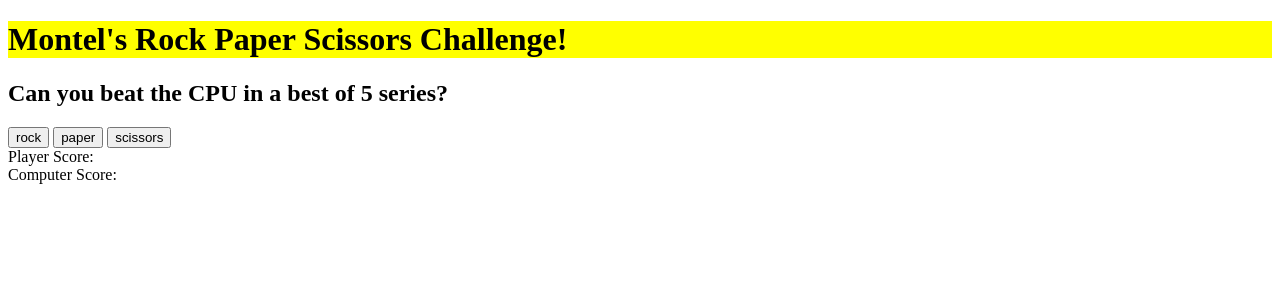
Repository: mnhardy1504/odin-recipes1
Page: repos/member-montel-rockpaperscissors/index.html
An editor plug-in stored every save of this project. The page is shown before and after the next save, followed by the edit.
The browser window is 1280 px wide. The pictures show the whole page.

Above is the page before, as saved 2023-11-02 23:05:58.

### repos/member-montel-rockpaperscissors/index.html
<!DOCTYPE html>
<html>
<head>
  <meta charset="UTF-8">
  <title>Page Title</title>
  <script src="index.js"></script>
</head>
<body>
  <h1 id="headerone">Montel's Rock Paper Scissors Challenge!</h1>
  <h2> Can you beat the CPU in a best of 5 series? </h2>
<button onclick="playRound('rock', getComputerChoice())">rock</button>
<button onclick="playRound('paper', getComputerChoice())">paper</button>
<button onclick="playRound('scissors', getComputerChoice())">scissors</button>
 <div id="reply"></div>
 <div id="logs"></div>
 <div id="result"></div>
 <div id="playerscore">Player Score: </div>
 <div id="computerscore">Computer Score: </div>
</body>
</html>

### repos/member-montel-rockpaperscissors/index.js
document.addEventListener('DOMContentLoaded', function() {
  var header = document.getElementById('headerone');
  if (header) {
      header.style.backgroundColor = 'yellow';
  }
});

function getComputerChoice() {
  const choices = ['rock', 'paper', 'scissors'];
  const randomIndex = Math.floor(Math.random() * choices.length);
  return choices[randomIndex];
}

let playerScore = 0;
let computerScore = 0;

function playRound(playerSelection, computerSelection) {
  playerSelection = playerSelection.toLowerCase();
  const outputElement = document.getElementById('reply');
  let reply = "";

  if (playerSelection === 'rock' && computerSelection === 'scissors') {
      reply = 'You Win! Rock beats Scissors';
      playerScore++;
  } else if (playerSelection === 'paper' && computerSelection === 'rock') {
      reply = 'You Win! Paper beats Rock';
      playerScore++;
  } else if (playerSelection === 'scissors' && computerSelection === 'paper') {
      reply = 'You Win! Scissors beats Paper';
      playerScore++;
  } else if (playerSelection === computerSelection) {
      reply = "It's a tie!";
  } else {
      reply = `You Lose! ${computerSelection} beats ${playerSelection}`;
      computerScore++;
  }

  outputElement.textContent = reply;
  log(reply);

  // Update the running score
  updatePlayerScore(playerScore);
  updateComputerScore(computerScore);

  // Check for a winner after each round
  if (playerScore === 5) {
      updateMessage('Congratulations! You won the game!');
      playerScore = 0;
      computerScore = 0;
  } else if (computerScore === 5) {
      updateMessage('Sorry, you lose the game.');
      playerScore = 0;
      computerScore = 0;
  }
}

function updateMessage(message) {
  const gameMessages = document.getElementById('result');
  gameMessages.textContent = message;
}

function updatePlayerScore(score) {
  const playerScoreElement = document.getElementById('playerscore');
  playerScoreElement.textContent = 'Player Score: ' + score;
}

function updateComputerScore(score) {
  const computerScoreElement = document.getElementById('computerscore');
  computerScoreElement.textContent = 'Computer Score: ' + score;
}

// if (playerScore > computerScore) {
//   log('Congratulations! You win the game!');
// } else if (playerScore < computerScore) {
//   log('Sorry, you lose the game.');
// } else {
//   log("It's a tie game.");
// }

function log(text) {
  const logsDiv = document.getElementById('logs');
  const paragraph = document.createElement('p');
  paragraph.textContent = text;
  logsDiv.appendChild(paragraph);
}

After the next save:
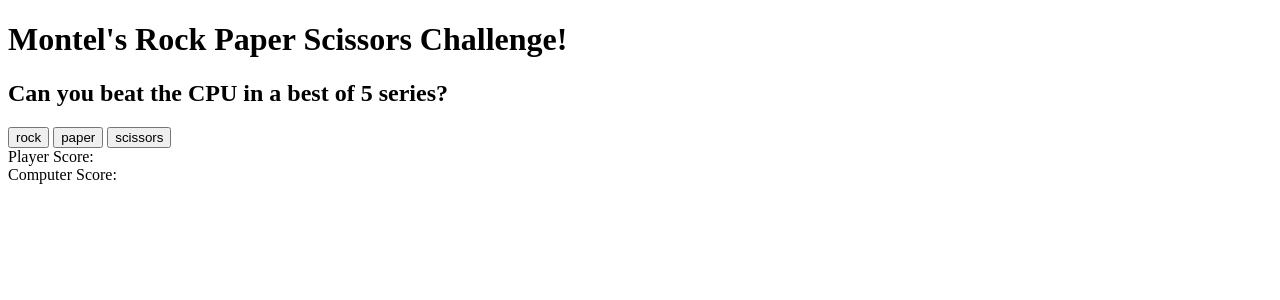
Saved 20 h 51 min later.
--- a/repos/member-montel-rockpaperscissors/index.js
+++ b/repos/member-montel-rockpaperscissors/index.js
@@ -1,10 +1,3 @@
-document.addEventListener('DOMContentLoaded', function() {
-  var header = document.getElementById('headerone');
-  if (header) {
-      header.style.backgroundColor = 'yellow';
-  }
-});
-
 function getComputerChoice() {
   const choices = ['rock', 'paper', 'scissors'];
   const randomIndex = Math.floor(Math.random() * choices.length);
